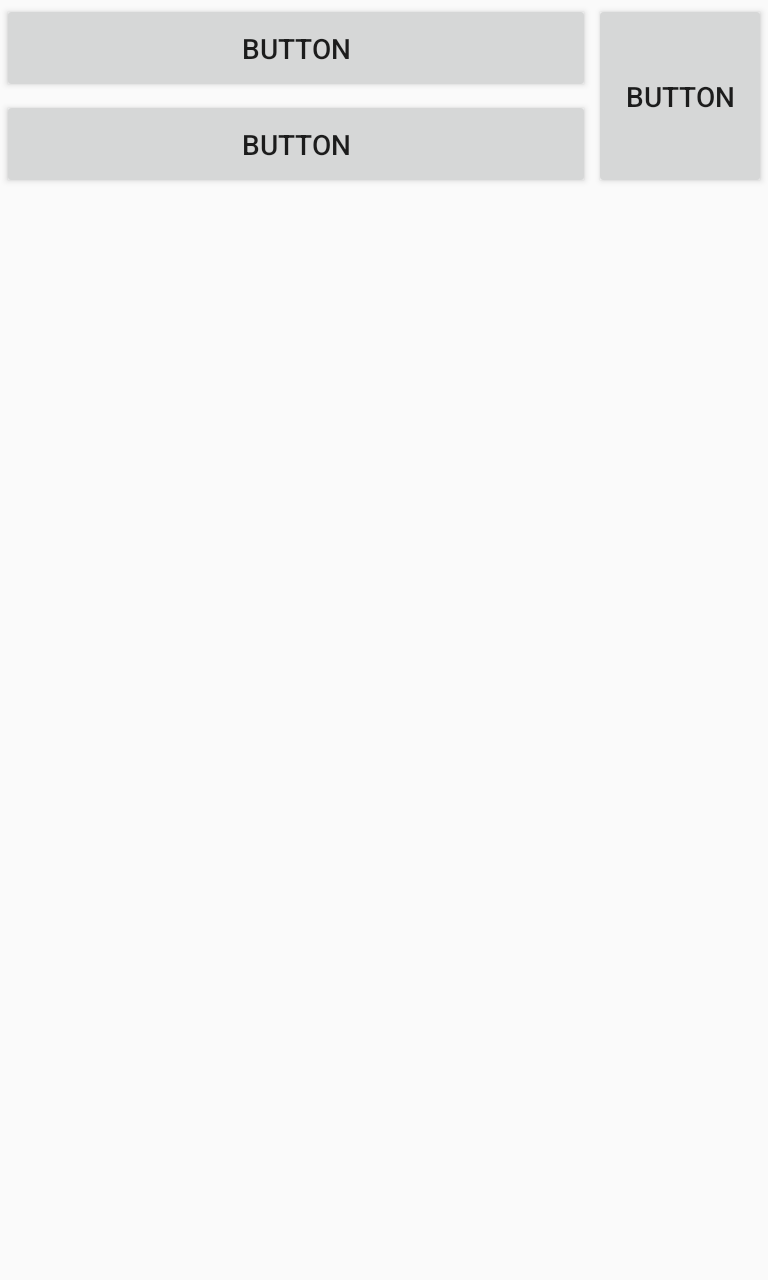
Repository: PaulAlfred/Android_Exercises
Layout: MoreLayouts/res/layout/linrel_layout2.xml
An editor plug-in stored every save of this project. The layout is shown before and after the next save, followed by the edit.
It is drawn on a 768 x 1280 px phone screen (xhdpi) without system bars, with theme AppTheme; the app's code is not run.

Above is the layout before, as saved 2014-10-27 02:14:54.

### MoreLayouts/res/layout/linrel_layout2.xml
<?xml version="1.0" encoding="utf-8"?>
<FrameLayout xmlns:android="http://schemas.android.com/apk/res/android"
    android:layout_width="match_parent"
    android:layout_height="match_parent"
>

    <LinearLayout
        android:layout_width="match_parent"
        android:layout_height="wrap_content" >

        <RelativeLayout
            android:layout_width="wrap_content"
            android:layout_height="wrap_content"
            android:layout_weight="1" >

            <Button
                android:id="@+id/button1"
                android:layout_width="wrap_content"
                android:layout_height="wrap_content"
                android:layout_alignParentLeft="true"
                android:layout_alignParentRight="true"
                android:layout_weight="1"
                android:text="Button" />

            <Button
                android:id="@+id/button2"
                android:layout_width="wrap_content"
                android:layout_height="wrap_content"
                android:layout_alignParentLeft="true"
                android:layout_alignParentRight="true"
                android:layout_below="@id/button1"
                android:layout_weight="1"
                android:text="Button" />
        </RelativeLayout>

        <Button
            android:id="@+id/button3"
            android:layout_width="wrap_content"
            android:layout_height="match_parent"
            android:layout_gravity="top|bottom|fill"
            android:text="Button" />

    </LinearLayout>

</FrameLayout>

Loaded but not shown: MoreLayouts/res/values/styles.xml (common file); MoreLayouts/res/values-v11/styles.xml (common file); MoreLayouts/res/values-v14/styles.xml (common file)

After the next save:
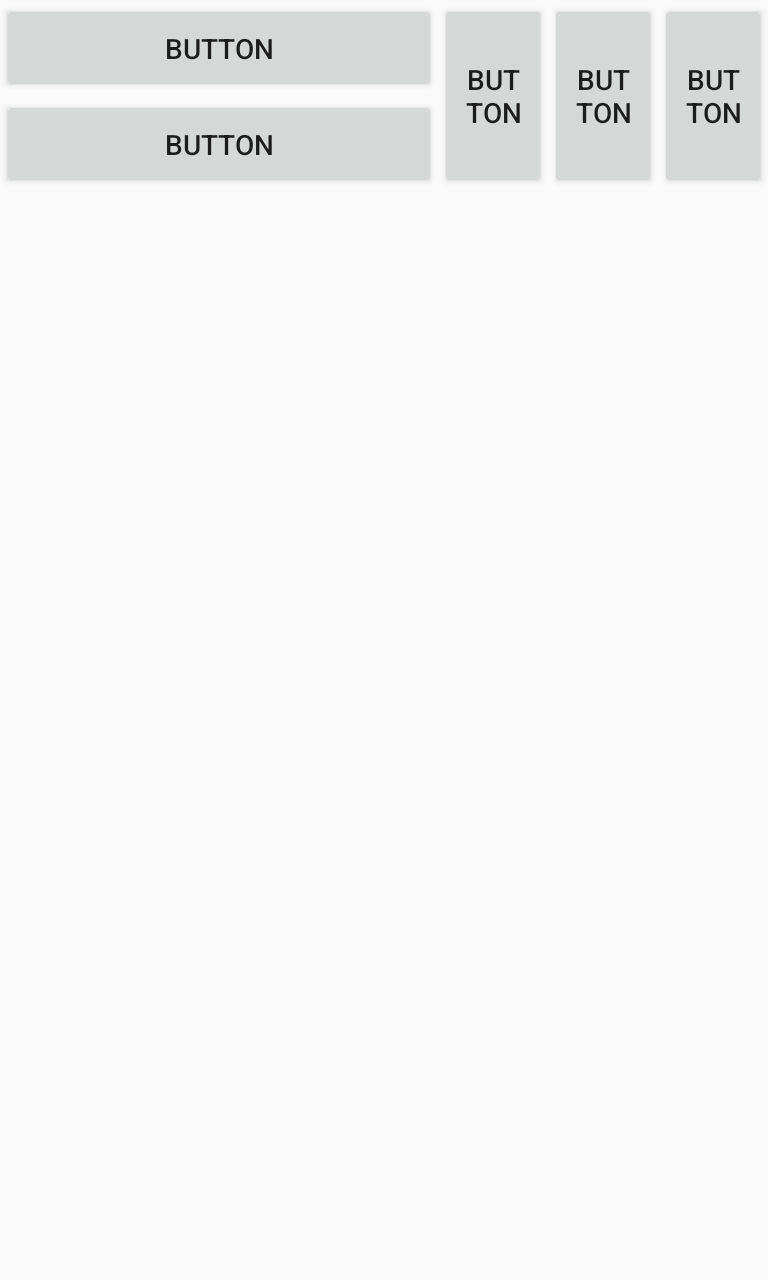
Saved 8 min 30 s later.
--- a/MoreLayouts/res/layout/linrel_layout2.xml
+++ b/MoreLayouts/res/layout/linrel_layout2.xml
@@ -11,7 +11,9 @@
         <RelativeLayout
             android:layout_width="wrap_content"
             android:layout_height="wrap_content"
-            android:layout_weight="1" >
+            android:layout_gravity="top"
+            android:layout_weight="5"
+            android:gravity="center_vertical" >
 
             <Button
                 android:id="@+id/button1"
@@ -19,6 +21,7 @@
                 android:layout_height="wrap_content"
                 android:layout_alignParentLeft="true"
                 android:layout_alignParentRight="true"
+                android:layout_centerHorizontal="false"
                 android:layout_weight="1"
                 android:text="Button" />
 
@@ -29,15 +32,33 @@
                 android:layout_alignParentLeft="true"
                 android:layout_alignParentRight="true"
                 android:layout_below="@id/button1"
+                android:layout_centerHorizontal="false"
                 android:layout_weight="1"
                 android:text="Button" />
+
         </RelativeLayout>
 
         <Button
             android:id="@+id/button3"
             android:layout_width="wrap_content"
             android:layout_height="match_parent"
-            android:layout_gravity="top|bottom|fill"
+            android:layout_weight="1"
+            android:text="Button" />
+
+        <Button
+            android:id="@+id/button4"
+            android:layout_width="wrap_content"
+            android:layout_height="match_parent"
+            android:layout_gravity="1"
+            android:layout_weight="1"
+            android:text="Button" />
+
+        <Button
+            android:id="@+id/button5"
+            android:layout_width="wrap_content"
+            android:layout_height="match_parent"
+            android:layout_gravity="1"
+            android:layout_weight="1"
             android:text="Button" />
 
     </LinearLayout>
